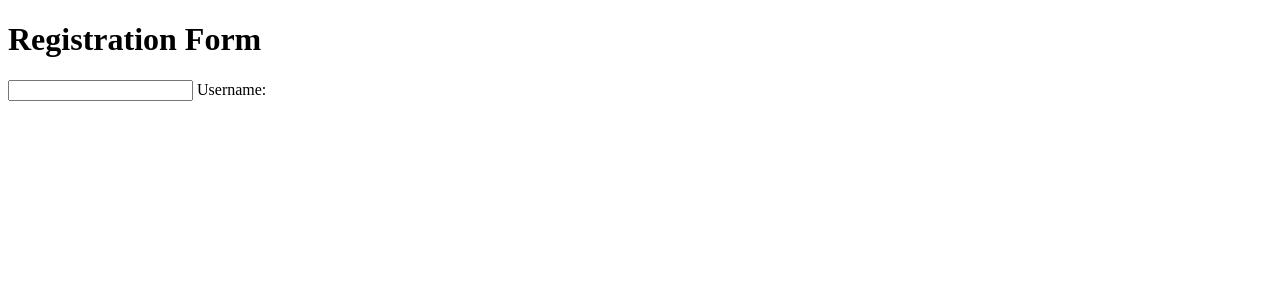
Repository: SamanGautam10/Pixel-Peak
Page: MyProject/src/main/webapp/pages/register.html
These files come from the project's save history. The page is drawn as it stood at one moment and after the next save; the edit follows.
The browser window is 1280 px wide. The pictures show the whole page.

Above is the page before, as saved 2024-02-29 06:38:28.

After the next save:
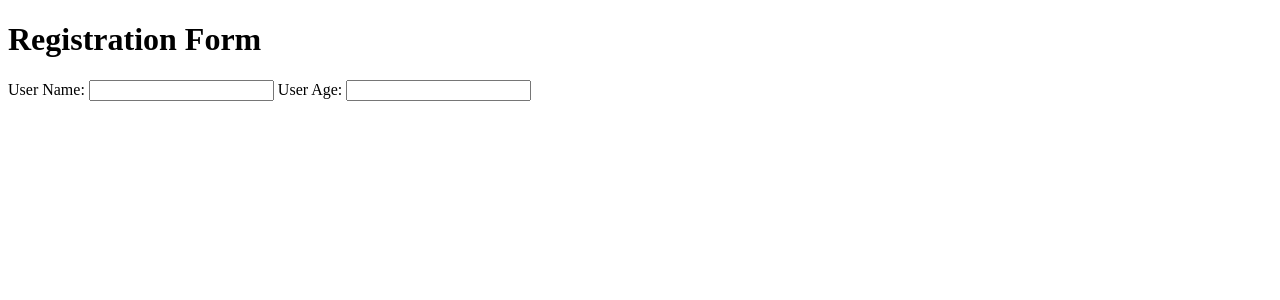
Saved 59 s later.
--- a/MyProject/src/main/webapp/pages/register.html
+++ b/MyProject/src/main/webapp/pages/register.html
@@ -7,7 +7,8 @@
 <body>
 	<h1>Registration Form</h1>
 	<form action='../MyFirstServerlet' method='post'>
-		<input id='username' type='text' name='Username'> <label for="username">Username:</label>
+		User Name: <input id='username' type='text' name='username'>
+		User Age: <input id='age' type='text' name='userage'>
 	</form>
 </body>
 </html>
